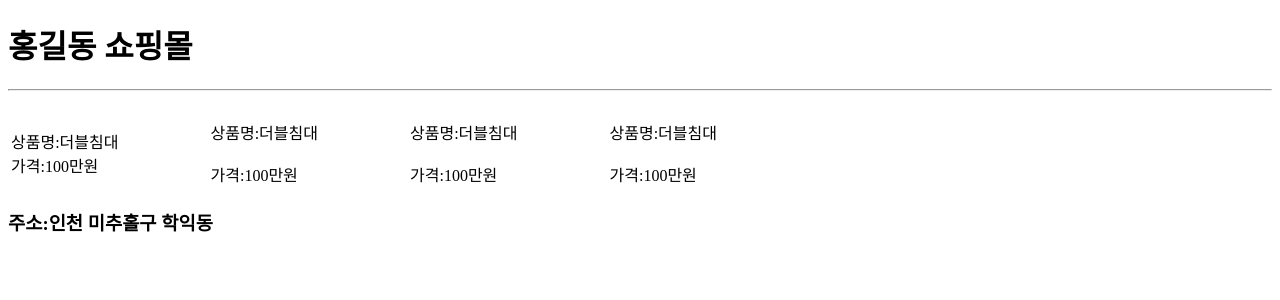
Repository: blinggg/html_git
Page: 0406/ex0406/WebContent/ex07.html
The author's editor kept a copy of each file at every save. The page is drawn from the files as they stood at one save, then again after the next save.
The browser window is 1280 px wide. The pictures show the whole page.

Above is the page before, as saved 2020-04-06 07:41:20.

### 0406/ex0406/WebContent/ex07.html
<!DOCTYPE html>
<html>
<head>
<meta charset="UTF-8">
<title>홍길동 쇼핑몰</title>
<style>
	span {background:yellow;
	padding:10px;
	margin:10px;width:200px; height:200px;}
	table{margine:0px auto;} /*테이블 가운데 정렬*/
</style>
</head>
<body>

<header>
<h1>홍길동 쇼핑몰</h1>
<hr/>
</header>

<nav>
</nav>

<section>
	<table boder=1 width=800>
	<tr>
		<td>
		<img: src="http://placehold.it/150x150"><br>
		상품명:더블침대<br>
		가격:100만원
	</td>


		<td>
		<img: src="http://placehold.it/150x150"><br>
		상품명:더블침대<br>
		<br>가격:100만원
	</td>


		<td>
		<img: src="http://placehold.it/150x150"><br>
		상품명:더블침대<br>
		<br>가격:100만원
	</td>


		<td>
		<img: src="http://placehold.it/150x150"><br>
		상품명:더블침대<br>
		<br>가격:100만원
	</td>
	</tr>
	</table>

</section>

<footer>
	<h3>주소:인천 미추홀구 학익동</h3>
</footer>




</body>
</html>

After the next save:
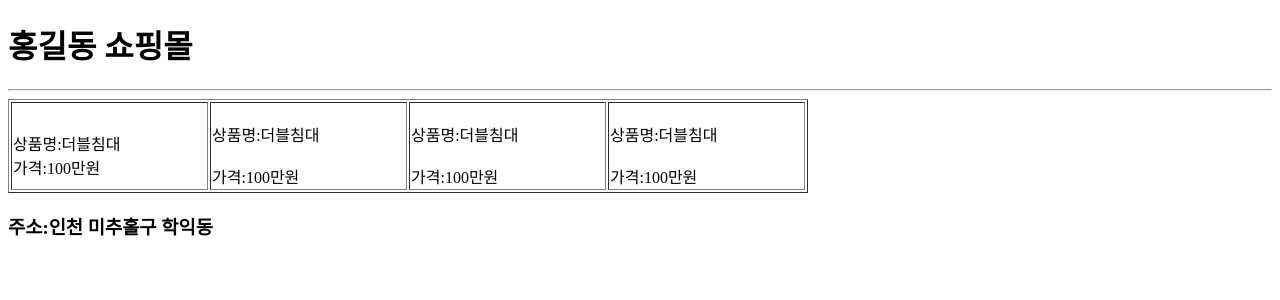
Saved 72 s later.
--- a/0406/ex0406/WebContent/ex07.html
+++ b/0406/ex0406/WebContent/ex07.html
@@ -21,7 +21,7 @@
 </nav>
 
 <section>
-	<table boder=1 width=800>
+	<table border=1 width=800>
 	<tr>
 		<td>
 		<img: src="http://placehold.it/150x150"><br>
